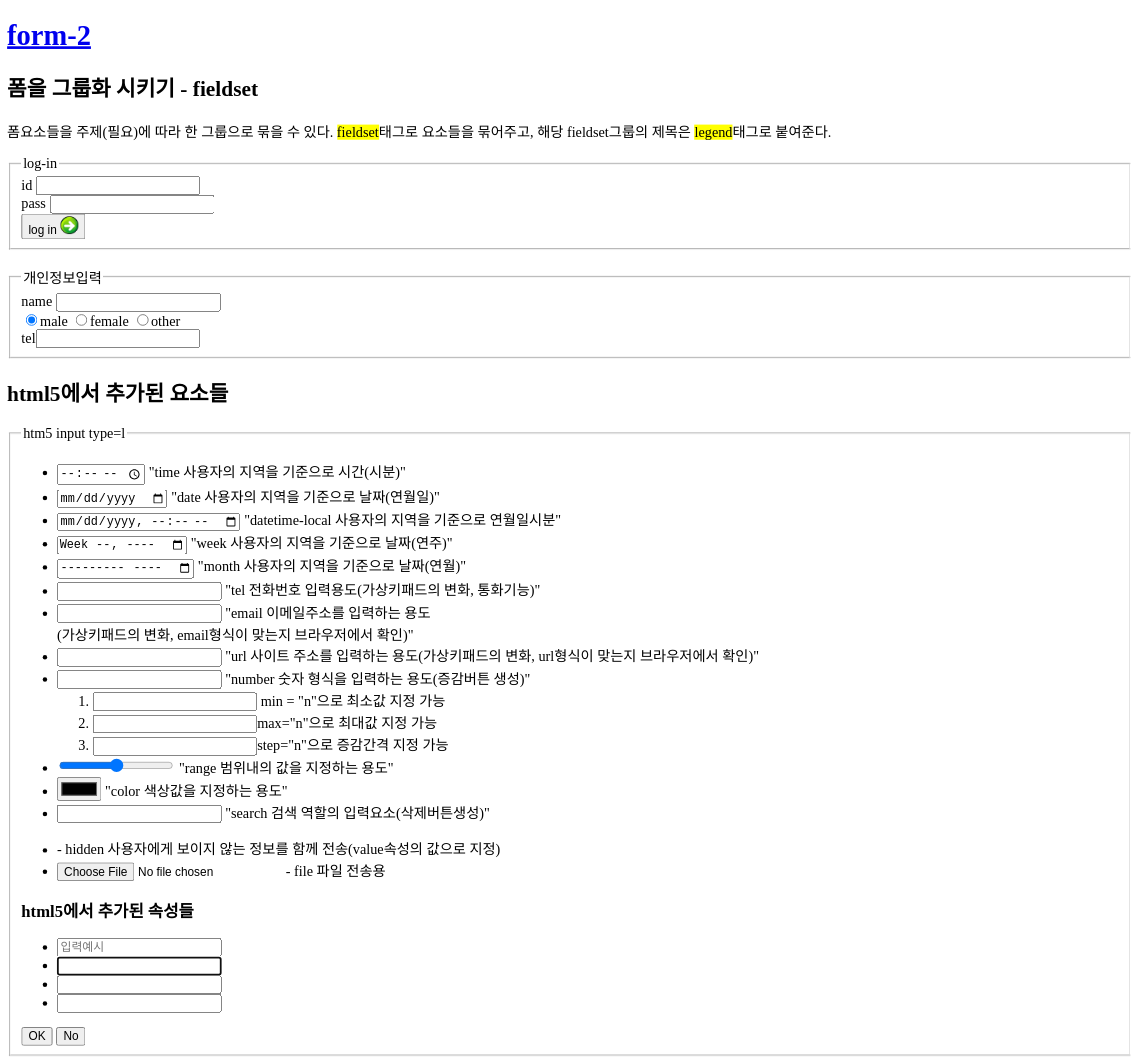
Repository: ReadStar/Web
Page: Html/html5/WebContent/form-2.html
An editor plug-in stored every save of this project. The page is shown before and after the next save, followed by the edit.
The browser window is 1280 px wide. The pictures show the whole page, at 89% of full size.

Above is the page before, as saved 2020-08-13 07:57:44.

After the next save:
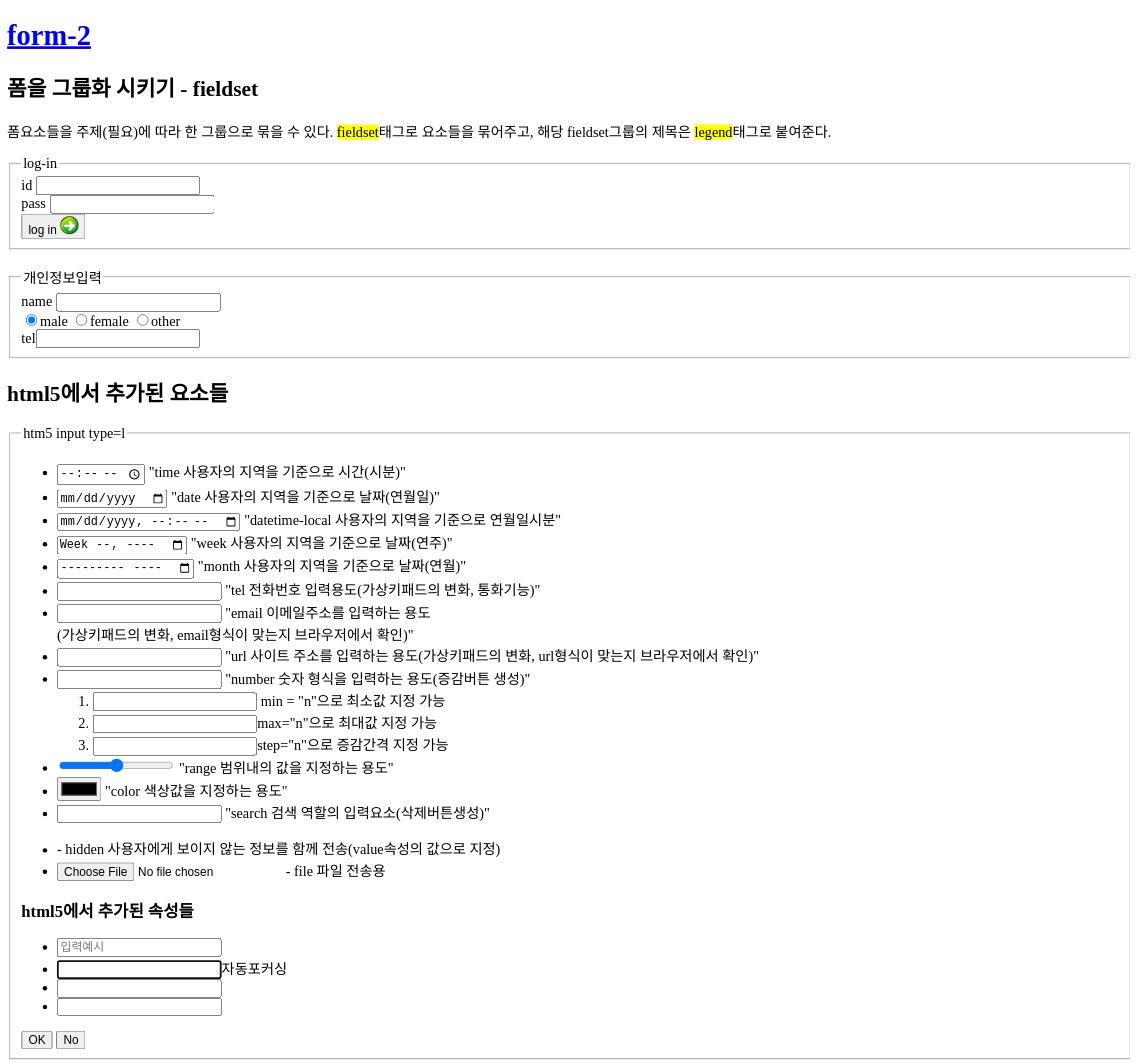
Saved 4 min 47 s later.
--- a/Html/html5/WebContent/form-2.html
+++ b/Html/html5/WebContent/form-2.html
@@ -63,7 +63,7 @@
 <h3>html5에서 추가된 속성들</h3>
 <ul>
 <li><input type="text" placeholder="입력예시"></li>
-<li><input type="text" autofocus="autofocus"></li>
+<li><input type="text" autofocus="autofocus">자동포커싱</li>
 <li><input type="text" required="required"></li>
 <li><input type="text"></li>
 
